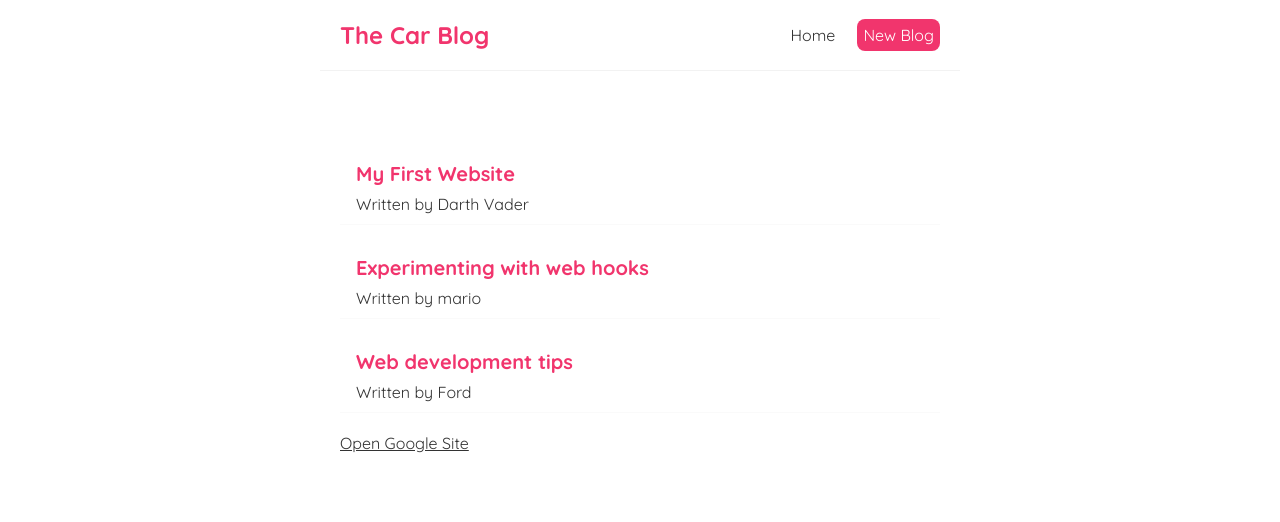
Repository: anuragkej/blogster
Page: /
An editor plug-in stored every save of this project. The page is shown before and after the next save, followed by the edit.
The browser window is 1280 px wide. The pictures show the whole page.
The project was rebuilt for these pictures with package versions that can differ from the ones it lists, and the page was loaded fresh each time.

Above is the page before, as saved 2024-08-29 17:43:10.

### src/index.css
@import url("https://fonts.googleapis.com/css2?family=Quicksand:wght@300;400;500;600;700&display=swap");

* {
  margin: 0;
  font-family: "Quicksand";
  color: #333;
}
.navbar {
  padding: 20px;
  display: flex;
  align-items: center;
  max-width: 600px;
  margin: 0 auto;
  border-bottom: 1px solid #f2f2f2;
}
.navbar h1 {
  color: #f1356d;
}
.navbar .links {
  margin-left: auto;
}
.navbar a {
  margin-left: 16px;
  text-decoration: none;
  padding: 6px;
}
.navbar a:hover {
  color: #f1356d;
}
.content {
  max-width: 600px;
  margin: 40px auto;
  padding: 20px;
}
/* blog previews / list */
.blog-preview {
  padding: 10px 16px;
  margin: 20px 0;
  border-bottom: 1px solid #fafafa;
}
.blog-preview:hover {
  box-shadow: 1px 3px 5px rgba(0, 0, 0, 0.1);
}
.blog-preview h2 {
  font-size: 20px;
  color: #f1356d;
  margin-bottom: 8px;
}

### src/App.js
import Navbar from "./Navbar";
import Home from "./Home";

function App() {
  const title = "Welcome to Blogster";
  const likes = 50;
  const link = "http://www.google.com";

  // react converts everything to string before outputting to browser, so don't need to worry about typecasting

  return (
    <div className="App">
      <Navbar></Navbar>
      <div className="content">
        <Home />

        <a href={link}>Open Google Site</a>
      </div>
    </div>
  );
}

export default App;

### src/Navbar.js
const Navbar = () => {
  return (
    <nav className="navbar">
      <h1>The Car Blog</h1>
      <div className="links">
        <a href="/">Home</a>
        <a
          href="/create"
          style={{
            color: "white",
            backgroundColor: "#f1356d",
            borderRadius: "8px",
          }}
        >
          New Blog
        </a>
      </div>
    </nav>
  );
};

export default Navbar;

### src/Home.js
import { useState } from "react";
import BlogList from "./BlogList";

const Home = () => {
  const [blogs, setBlogs] = useState([
    {
      title: "My First Website",
      body: "Developing website with react.",
      author: "Darth Vader",
      id: 1,
    },
    {
      title: "Experimenting with web hooks",
      body: "sample text",
      author: "mario",
      id: 2,
    },
    {
      title: "Web development tips",
      body: "Porsche 911 v. Lamborghini Huracan",
      author: "Ford",
      id: 3,
    },
  ]);

  return (
    <div className="home">
      <BlogList blogs={blogs} />
    </div>
  );
};

export default Home;

### src/BlogList.js
const BlogList = (props) => {
  const blogs = props.blogs;
  const title = props.title;

  return (
    <div className="blog-list">
      <h2>{title}</h2>
      {blogs.map((blog) => (
        <div className="blog-preview" key={blog.id}>
          <h2>{blog.title}</h2>
          <p>Written by {blog.author}</p>
        </div>
      ))}
    </div>
  );
};

export default BlogList;

Loaded but not shown: public/index.html (common file); src/index.js (common file)

After the next save:
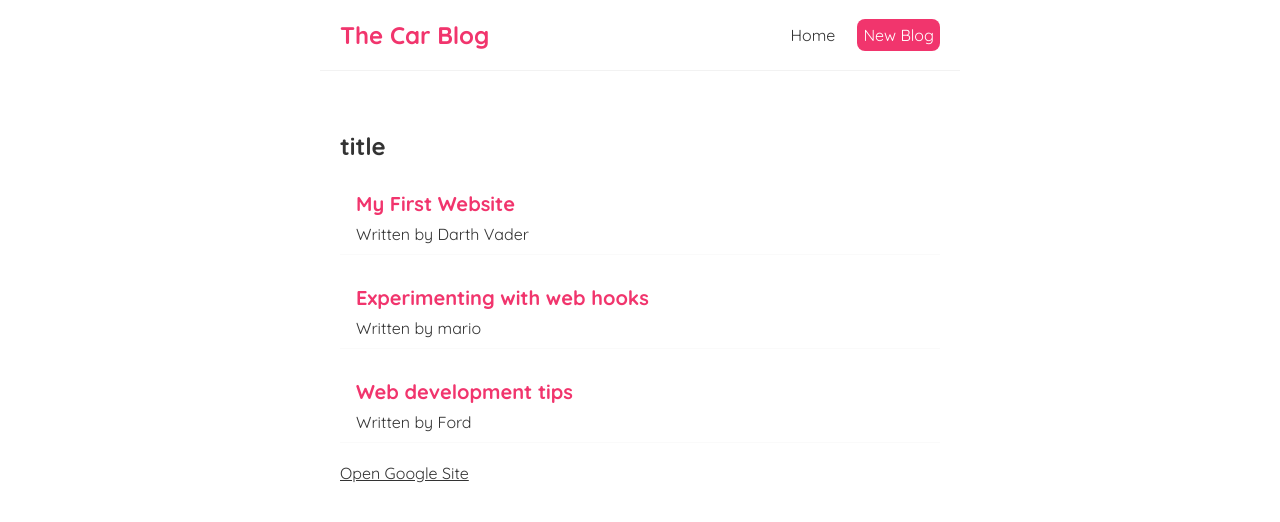
Saved 12 s later.
--- a/src/Home.js
+++ b/src/Home.js
@@ -25,7 +25,8 @@ const Home = () => {
 
   return (
     <div className="home">
-      <BlogList blogs={blogs} />
+      {/* blos={blogs} is a prop */}
+      <BlogList blogs={blogs} title="title" />
     </div>
   );
 };
